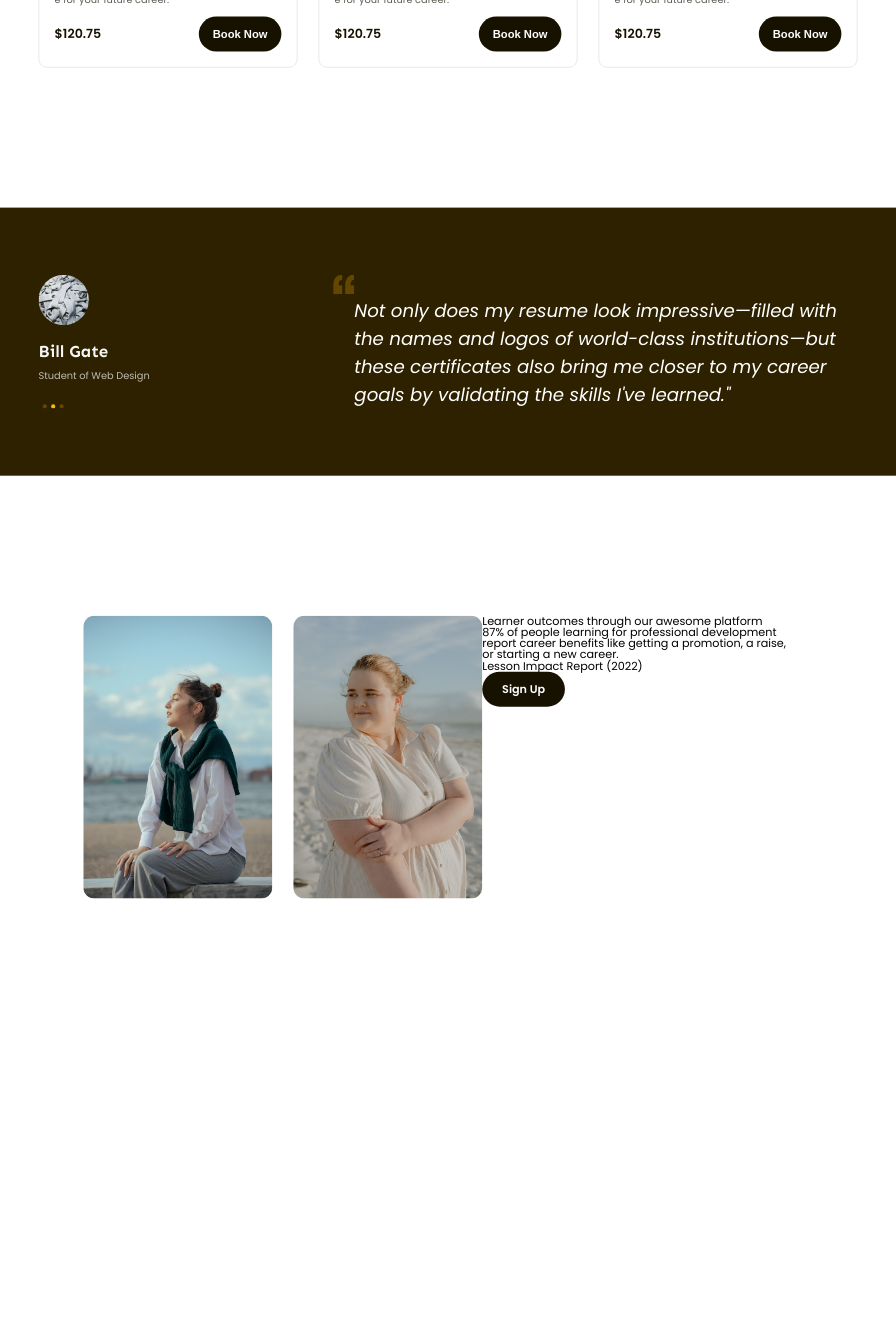
Repository: dovanlanh/f8-project-02
Page: index.html
An editor plug-in stored every save of this project. The page is shown before and after the next save, followed by the edit.
The browser window is 1280 px wide. The pictures show the part of the page from y = 1651 to 3571 px (the page is 10000 px tall), at 70% of full size.

Above is the page before, as saved 2023-02-10 08:54:10.

### index.html
<!DOCTYPE html>
<html lang="en">
<head>
    <meta charset="UTF-8">
    <meta http-equiv="X-UA-Compatible" content="IE=edge">
    <meta name="viewport" content="width=device-width, initial-scale=1.0">
    <title>F8 Project 02</title>
    <!-- reset css -->
    <link rel="stylesheet" href="./assets/css/reset.css">
    <!-- embed fonts -->
    <link rel="preconnect" href="https://fonts.googleapis.com">
    <link rel="preconnect" href="https://fonts.gstatic.com" crossorigin>
    <link href="https://fonts.googleapis.com/css2?family=Poppins:ital,wght@0,400;0,500;0,600;0,700;1,400&family=Sen:wght@700&display=swap" rel="stylesheet">
    <!-- style -->
    <link rel="stylesheet" href="./assets/css/styles.css">
</head>
<body>
    <main style=" height: 10000px">
        <!-- header  -->
        <header class="header fixed">
            <div class="main-content">
                    <div class="body">
                        <!-- logo -->
                        <img src="./assets/img/Lesson.svg" alt="Lesson" class="Logo">
                        <!-- nav -->
                        <nav class="nav">
                            <ul>
                                <li class="active">
                                    <a href="#!">Home</a>
                                </li>
                                <li>
                                    <a href="#!">Courses</a>
                                </li>
                                <li>
                                    <a href="#!">Pricing</a>
                                </li>
                                <li>
                                    <a href="#!">Reviews</a>
                                </li>
                            </ul>
                        </nav>
                        <!-- active -->
                        <div class="action">
                            <a href="#!" class="btn sign-up-btn">Sign Up</a>
                        </div>
                    </div>
            </div>
        </header>
        <!-- Hero -->
        <div class="hero">
            <div class="main-content">
                <div class="body">
                    <!-- Hero left -->
                    <div class="media-block">
                        <img src="./assets/img/guy-lesson.svg" alt="" class="img">
                        <div class="hero-summary">
                            <div class="item">
                                <div class="icon">
                                    <img src="./assets/img/list-icon1.svg" alt="">
                                </div>
                                <div class="info">
                                    <p class="label">20 Courses</p>
                                    <p class="tittle">UI/UX Design</p>
                                </div>
                            </div>
                            <div class="item">
                                <div class="icon">
                                    <img src="./assets/img/list-icon2.svg" alt="">
                                </div>
                                <div class="info">
                                    <p class="label">20 Courses</p>
                                    <p class="tittle">Development</p>
                                </div>
                            </div>
                            <div class="item">
                                <div class="icon">
                                    <img src="./assets/img/list-icon3.svg" alt="">
                                </div>
                                <div class="info">
                                    <p class="label">30 Courses</p>
                                    <p class="tittle">Marketing</p>
                                </div>
                            </div>
                        </div>
                    </div>
                    <!-- hero-right -->
                    <div class="content-block">
                        <h1 class="heading lv1">Learn without limits and spread knowledge.</h1>
                        <p class="desc">
                            Build new skills for that “this is my year” feeling with courses, certificates, and degrees from world-class universities and companies.
                        </p>
                            <div class="cta-group">
                                <a href="#!" class="btn hero-cta">See Courses</a>
                                <button class="watch-video">
                                    <div class="icon">
                                        <img src="./assets/img/icon-watch-video.svg" alt="">
                                    </div>
                                    <span>Watch Video</span>
                                </button>
                            </div>
                        <p class="desc">Recent engagement</p>
                        <div class="desc stats">
                            <strong>50K</strong>Students
                            <strong>70+</strong>Courses
                        </div>
                    </div>
                </div>
            </div>
        </div>
        <!-- Popular -->
        <div class="popular">
            <div class="main-content">
                <!-- popular top -->
                <div class="popular-top">
                    <div class="info">
                        <h2 class="heading lv2">Our popular courses</h2>
                        <p class="desc">Build new skills with new trendy courses and shine for the next future career.</p>
                    </div>
                    <div class="controls">
                        <button class="control-btn">
                            <svg width="8" height="14" viewBox="0 0 8 14" fill="none" xmlns="http://www.w3.org/2000/svg">
                                <path d="M7 1L1 7L7 13" stroke="currentColor" stroke-linecap="round" stroke-linejoin="round"/>
                            </svg>
                        </button>
                        <button class="control-btn">
                            <svg width="8" height="14" viewBox="0 0 8 14" fill="none" xmlns="http://www.w3.org/2000/svg">
                                <path d="M1 1L7 7L1 13" stroke="currentColor" stroke-linecap="round" stroke-linejoin="round"/>
                            </svg>
                        </button>
                    </div>
                </div>
                <!-- popular-bottom -->
                <div class="course-list">
                    <!-- course item 1 -->
                    <div class="course-item">
                        <img src="./assets/img/img-popular/course1.jpg" alt="Basic web design" class="thumb">
                        <div class="info">
                            <div class="head">
                                <h3 class="tittle line-clamp break-all">Basic web design</h3>
                                <div class="rating">
                                    <img src="./assets/img/Star.svg" alt="star" class="star">
                                    <span class="value">4.5</span>
                                </div>
                            </div>
                            <p class="desc-course line-clamp line-2 break-all">Get the best course, gain knowledge and shine for your future career.</p>
                            <div class="foot">
                                <span class="price">$120.75</span>
                                <button class="btn">Book Now</button>
                            </div>
                        </div>
                    </div>
                    <!-- course item 2 -->
                    <div class="course-item">
                        <img src="./assets/img/img-popular/course2.jpg" alt="UI/UX design" class="thumb">
                        <div class="info">
                            <div class="head">
                                <h3 class="tittle line-clamp break-all">UI/UX design</h3>
                                <div class="rating">
                                    <img src="./assets/img/Star.svg" alt="star" class="star">
                                    <span class="value">4.5</span>
                                </div>
                            </div>
                            <p class="desc-course line-clamp line-2 break-all">Get the best course, gain knowledge and shine for your future career.</p>
                            <div class="foot">
                                <span class="price">$120.75</span>
                                <button class="btn">Book Now</button>
                            </div>
                        </div>
                    </div>
                    <!-- course item 3 -->
                    <div class="course-item">
                        <img src="./assets/img/img-popular/course3.jpg" alt="Web App design" class="thumb">
                        <div class="info">
                            <div class="head">
                                <h3 class="tittle line-clamp break-all">Web App design</h3>
                                <div class="rating">
                                    <img src="./assets/img/Star.svg" alt="star" class="star">
                                    <span class="value">4.5</span>
                                </div>
                            </div>
                            <p class="desc-course line-clamp line-2 break-all">Get the best course, gain knowledge and shine for your future career.</p>
                            <div class="foot">
                                <span class="price">$120.75</span>
                                <button class="btn">Book Now</button>
                            </div>
                        </div>
                    </div>
                </div>
            </div>
        </div>
        <!-- feedback -->
        <div class="feedback">
            <div class="main-content">
                <div class="feedback-list">
                    <!-- item 1 -->
                    <div class="feedback-item">
                        <!-- fdb-left -->
                        <div class="info">
                            <img src="./assets/img/img-quotes.jpg" alt="Peter Moor" class="feedback-avt">
                            <p class="tittle-fdb">Peter Moor</p>
                            <p class="desc-fdb">Student of Web Design</p>
                            <div class="dots">
                                <span class="dot active"></span>
                                <span class="dot"></span>
                                <span class="dot"></span>
                            </div>
                        </div>
                        <!-- fdb-right -->
                        <div class="content-fdb">
                            <img src="./assets/img/open-quotes.svg" alt="open quotes" class="open-quotes">
                            <blockquote>
                                Not only does my resume look impressive—filled with the names and logos of world-class institutions—but these certificates also bring me closer to my career goals by validating the skills I've learned."
                            </blockquote>
                        </div>
                    </div>
                    <!-- item 2 -->
                    <div class="feedback-item">
                        <!-- fdb-left -->
                        <div class="info">
                            <img src="./assets/img/img-quotes.jpg" alt="Peter Moor" class="feedback-avt">
                            <p class="tittle-fdb">Bill Gate</p>
                            <p class="desc-fdb">Student of Web Design</p>
                            <div class="dots">
                                <span class="dot"></span>
                                <span class="dot active"></span>
                                <span class="dot"></span>
                            </div>
                        </div>
                        <!-- fdb-right -->
                        <div class="content-fdb">
                            <img src="./assets/img/open-quotes.svg" alt="open quotes" class="open-quotes">
                            <blockquote>
                                Not only does my resume look impressive—filled with the names and logos of world-class institutions—but these certificates also bring me closer to my career goals by validating the skills I've learned."
                            </blockquote>
                        </div>
                    </div>
                    <!-- item 3 -->
                    <div class="feedback-item">
                        <!-- fdb-left -->
                        <div class="info">
                            <img src="./assets/img/img-quotes.jpg" alt="Peter Moor" class="feedback-avt">
                            <p class="tittle-fdb">Elon Musk</p>
                            <p class="desc-fdb">Student of Web Design</p>
                            <div class="dots">
                                <span class="dot"></span>
                                <span class="dot"></span>
                                <span class="dot active"></span>
                            </div>
                        </div>
                        <!-- fdb-right -->
                        <div class="content-fdb">
                            <img src="./assets/img/open-quotes.svg" alt="open quotes" class="open-quotes">
                            <blockquote>
                                Not only does my resume look impressive—filled with the names and logos of world-class institutions—but these certificates also bring me closer to my career goals by validating the skills I've learned."
                            </blockquote>
                        </div>
                    </div>
                </div>
            </div>
        </div>
        <!-- Features -->
        <div class="features">
            <div class="main-content">
                <div class="body">
                    <div class="imges">
                        <img src="./assets/img/feature-1.jpg" alt="Learner outcomes through our awesome platform">
                        <img src="./assets/img/feature-2.jpg" alt="Learner outcomes through our awesome platform">
                    </div>
                    <div class="content">
                        <h2 class="feature-heading">Learner outcomes through our awesome platform</h2>
                        <p class="feature-desc">87% of people learning for professional development report career benefits like getting a promotion, a raise, or starting a new career.</p>
                        <p class="feature-desc">Lesson Impact Report (2022)</p>
                        <a class="btn" href="#!">Sign Up</a>
                    </div>
                </div>
            </div>
        </div>
    </main>
</body>
</html>

### assets/css/styles.css
* {
    box-sizing: border-box;
}
:root {
    --font-heading: sen, sans-serif;
    --primary-color:#FFB900;
}
html,
body {
    scroll-behavior: smooth;
    font-size: 62.5%;
}

html {
    font-size: 62.5%;
}

body {
    font-size: 1.6rem;
    font-family: 'Poppins', sans-serif;
}

/* common */
.break-all {
    word-break: break-all;
}
.line-clamp {
    display: -webkit-box;
    -webkit-line-clamp: var(--line-clamp, 1);
    -webkit-box-orient: vertical;
    overflow: hidden;
}
.line-clamp.line-2 {
    --line-clamp: 2;
}
.heading {
    font-family: var(--font-heading);
    font-weight: 700;
    letter-spacing: -0.02em;
    color: #171100;
}
a {
    text-decoration: none;
}
.main-content {
    width: 1170px;
    max-width: calc(100% - 48px);
    margin-left: auto;
    margin-right: auto;
}
.btn {
    min-width: 118px;
    display: inline-block;
    padding: 0 16px;
    align-items: center;
    line-height: 50px;
    font-weight: 600;
    font-size: 1.6rem;
    text-align: center;
    color: #FFFFFF;
    background: #171100;
    border-radius: 999px;
}
.btn:hover {
    opacity: 0.9;
}
/* header */
.header {
    background:#FFFCF4;
}
.header.fixed {
    position: sticky;
    top: -28px;
    z-index: 1;
}
.header .body {
    display: flex;
    align-items: center;
    padding: 36px 0 8px;
}
.nav ul {
    display: flex;
}

.nav {
    margin-left: auto;
}
.nav a {
    position: relative;
    padding: 8px 21px;
    font-weight: 400;
    font-size: 1.6rem;
    color: #5F5B53;
}
.nav a:hover,
.nav li.active a {
    text-shadow: 1px 0 0 currentColor;
    color: #171100;
}
.nav li.active a::after {
    left: 21px;
    bottom: 6px;
    display: block;
    content: "";
    position: absolute;
    width: 12px;
    height: 2px;
    background: #171100;
    border-radius: 1px;
}
.header .sign-up-btn {
    min-width: 144px;
}
.header .action {
    margin-left: 49px;
}

/* hero */
.hero {
    padding: 56px 0 65px;
    background:#FFFCF4;
}
.hero .body {
    display: flex;
}
/* hero left */
.hero .media-block {
    width: 48%;
    position: relative;
}

.hero .media-block .img {
    width: 470px;
    height: 685px;
    object-fit: cover;
    border-radius: 20px;
    display: block;
}
.hero .media-block .hero-summary {
    position: absolute;
    right: 0;
    bottom: 48px;
}
.hero .hero-summary {
    width: 270px;
    padding: 24px;
    background: #FFFFFF;
    box-shadow: 0px 16px 32px rgba(0, 0, 0, 0.05);
    border-radius: 12px;
}
.hero-summary .item {
    display: flex;
    align-items: center;
}
.hero-summary .icon {
    width: 48px;
    height: 48px;
    border-radius: 50%;
    display: flex;
    align-items: center;
    justify-content: center;
    background: #FFF9E8;
}
.hero-summary .info {
    margin-left: 16px;
}
.hero-summary .label {
    font-weight: 400;
    font-size: 1.4rem;
    line-height: 1.86;
    color: #5F5B53;
}
.hero-summary .tittle {
    font-weight: 600;
    font-size: 1.8rem;
    line-height: 1.67;
    color: #171100;
}
.hero-summary .item + .item {
    margin-top: 22px;
}
.hero-summary .item:nth-of-type(2) .icon {
    background: #FCEFFF;
}
.hero-summary .item:nth-of-type(3) .icon {
    background: #EBEAFF;
}
/* hero right */
.hero .content-block {
    width: 52%;
    padding: 64px 0 0 130px;
}
.hero .content-block .heading.lv1 {
    font-size: 5.8rem;
    line-height: 1.17;
}
.content-block .desc {
    margin-top: 22px;
    font-weight: 400;
    font-size: 1.8rem;
    line-height: 1.67;
    color: #5F5B53;
}
.content-block .cta-group {
    margin: 38px 0 48px;
}
.content-block .cta-group .hero-cta{
    min-width: 180px;
    background-color: var(--primary-color);
    line-height: 64px;
}
.content-block .cta-group {
    display: flex;
    align-items: center;
}
.hero .watch-video {
    margin-left: 28px;
    display: flex;
    align-items: center;
    border: none;
    background: transparent;
    cursor: pointer;

}
.cta-group span {
    font-family: 'poppins', sans-serif;
    margin-left: 14px;
    font-weight: 600;
    font-size: 1.8rem;
    line-height: 1.67;
    color: #171100;
}
.hero .watch-video .icon {
    display: flex;
    align-items: center;
    justify-content: center;
    width: 40px;
    height: 40px;
    background: #FFFFFF;
    box-shadow: 0px 8px 16px rgba(0, 0, 0, 0.07);
    border-radius: 50%;
    cursor: pointer;
}
.hero .watch-video .icon:hover {
    background: orange;
    opacity: 0.5;
}
.hero .stats {
    margin: 8px 0 0 -28px;

}
.hero .stats strong {
    --font-heading: sen, sans-serif;
    padding: 0 8px 0 28px;
    font-weight: 700;
    font-size: 4.4rem;
    line-height: 1.23;
    color: #171100;
}
/* popular */
.popular {
    padding: 65px 0;
    margin-top: 135px;
}
.popular .heading.lv2 {
    font-size: 3.8rem;
    line-height: 1.26;
}
.popular .desc {
    margin-top: 16px;
    width: 458px;
    font-weight: 400;
    font-size: 1.8rem;
    line-height: 1.67;
    color: #5F5B53;
}
.popular .popular-top {
    display: flex;
    justify-content: space-between;
    align-items: center;
}
.popular-top .controls {
    display: flex;
    gap: 18px;
}
.popular-top .control-btn {
    display: flex;
    align-items: center;
    justify-content: center;
    width: 40px;
    height: 40px;
    color: var(--primary-color);
    border: 1px solid var(--primary-color);
    border-radius: 50%;
    background: transparent;
}
.popular-top .control-btn:hover {
    color: #fff;
    background: var(--primary-color);
    cursor: pointer;
}
/* Course list */
.popular .course-list {
    display: flex;
    gap: 30px;
    margin-top: 55px;
}
.popular .course-item {
    flex: 1;
    width: 370px;
    background: #FFFFFF;
    border: 1px solid #E2DFDA;
    border-radius: 12px;
}
.popular .course-item .thumb {
    width: calc(100% + 2px);
    height: 278px;
    margin: -1px;
    object-fit: cover;
    border-radius: 12px 12px 0px 0px;
}
.popular .course-item .info {
    padding: 16px 22px 22px;
}
.popular .course-item .foot,
.popular .course-item .rating,
.popular .course-item .head {
    display: flex;
    align-items: center;
    justify-content: space-between;
}
.popular .course-item .tittle {
    padding-right: 6px;
    font-weight: 600;
    font-size: 1.8rem;
    line-height: 1.67;
    color: #171100;
}
.popular .course-item .rating .value {
    margin-left: 6px;
    font-weight: 400;
    font-size: 1.6rem;
    line-height: 1.75;
    color: #FEA31B;
}
.popular .course-item .desc-course {
    margin-top: 6px;
    font-weight: 400;
    font-size: 1.4rem;
    line-height: 1.86;
    color: #5F5B53;
}
.popular .foot {
    margin-top: 12px;
}
.popular .foot .price{
    font-weight: 600;
    font-size: 1.8rem;
    line-height: 1.67;
    color: #171100;
}
.popular .foot .btn {
    height: 50px;
    border: none;
}
.popular .foot .btn:hover {
    background: #FFB900;
    transition: 0.2s;
}
/* feedback */
.feedback {
    margin-top: 135px;
    background: #2E2100;
    padding: 96px 0;
}
.feedback-list {
    display: flex;
    overflow: hidden;
}
.feedback-item {
    display: flex;
    flex-shrink: 0;
    width: 100%;
    transform: translateX(-100%);
    transition: all ease 0.3s;
}
.feedback-item .feedback-avt {
    width: 72px;
    height: 72px;
    object-fit: cover;
    border-radius: 50%;
}
.feedback-item .tittle-fdb {
    font-family: var(--font-heading);
    margin-top: 18px;
    font-weight: 700;
    font-size: 2.4rem;
    line-height: 1.42;
    color: #F7F7F7;
}
.feedback-item .desc-fdb {
    margin-top: 4px;
    font-weight: 400;
    font-size: 1.4rem;
    line-height: 1.86;
    color: #BFBCB3;
}
.feedback-item .dots {
    display: flex;
    margin-top: 28px;
}
.feedback-item .dot {
    width: 6px;
    height: 6px;
    margin-left: 6px;
    border-radius: 50%;
    background: #634700;
}
.feedback-item .dot.active{
    background: #FFB900;
    transition: 0.2s;
}
.feedback-item .content-fdb {
    width: 64%;
    margin-left: auto;
}
.content-fdb blockquote {
    margin-left: 30px;
    font-style: italic;
    font-weight: 400;
    font-size: 2.6rem;
    line-height: 1.54;
    color: #FFFFFF;
}
/* feature */
.features {
    padding: 65px;
    margin-top: 135px;
}
.features .body {
    display: flex;
}
.features .content {
    width: 40%;
}
.features .imges {
    display: flex;
}
.features .imges img {
    width: 270px;
    height: 404px;
    object-fit: cover;
    border-radius: 16px;
    margin-left: 30px;;
}

Loaded but not shown: assets/css/reset.css (common file)

After the next save:
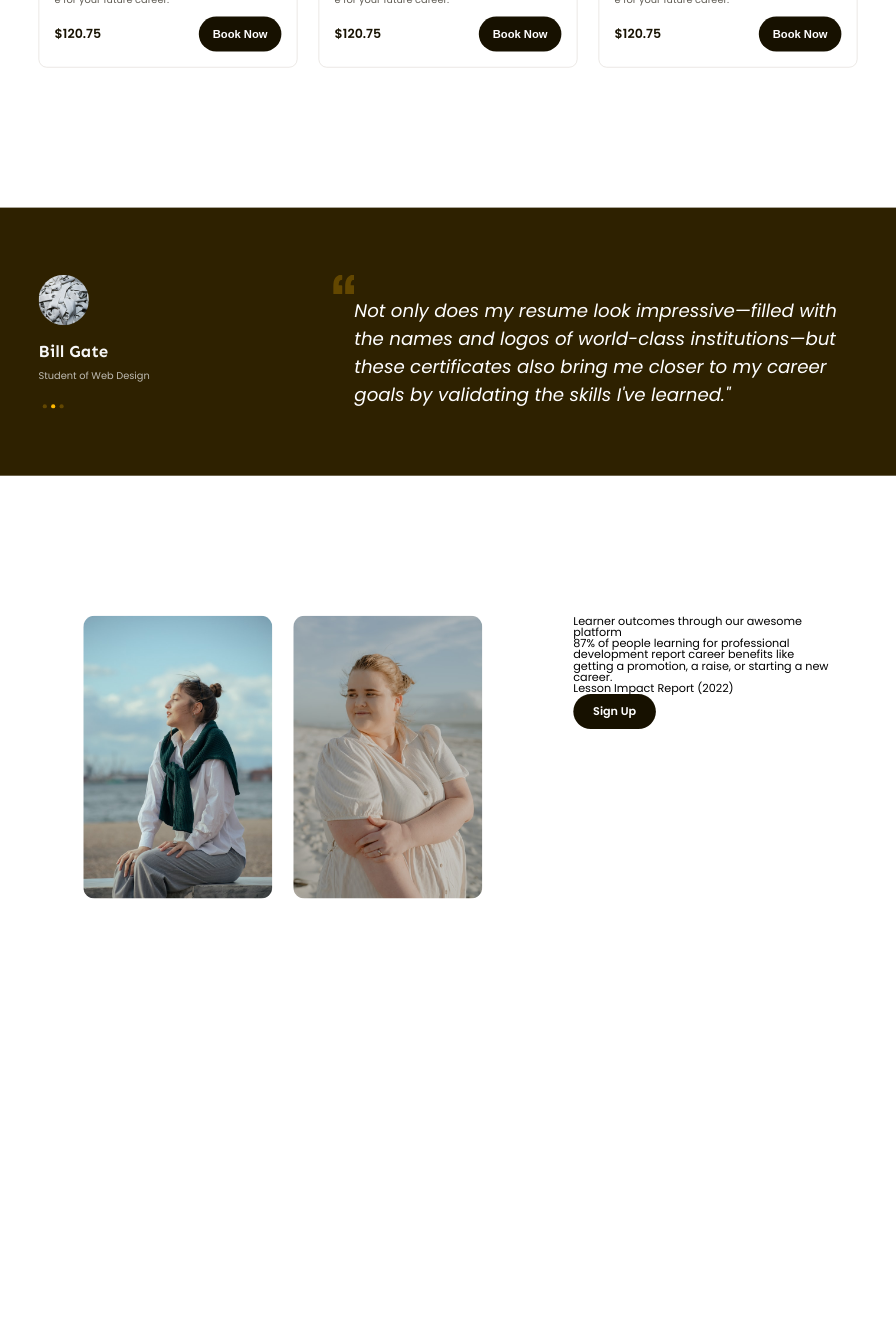
Saved 27 s later.
--- a/assets/css/styles.css
+++ b/assets/css/styles.css
@@ -442,6 +442,7 @@ a {
 }
 .features .content {
     width: 40%;
+    margin-left: 130px;
 }
 .features .imges {
     display: flex;
